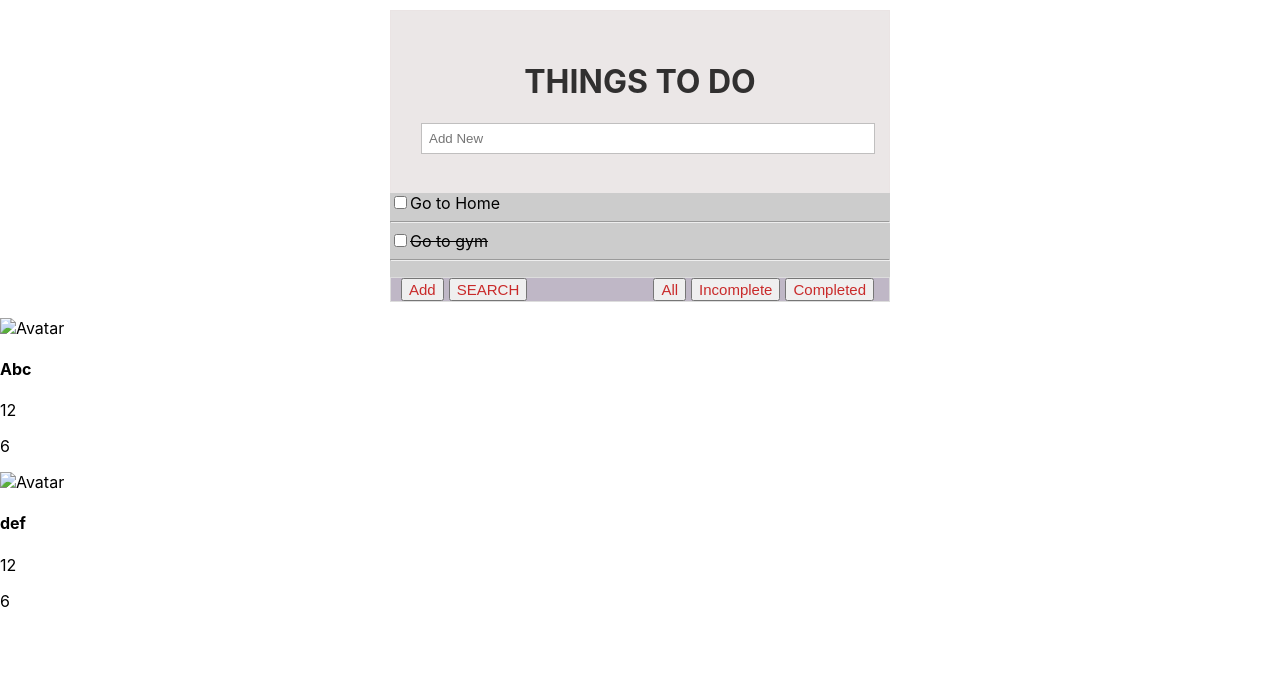
Repository: kirangautam45/To-Do-Application
Page: /
These files come from the project's save history. The page is drawn as it stood at one moment and after the next save; the edit follows.
The browser window is 1280 px wide. The pictures show the whole page.
The project was rebuilt for these pictures with package versions that can differ from the ones it lists, and the page was loaded fresh each time.

Above is the page before, as saved 2022-08-11 16:53:46.

After the next save:
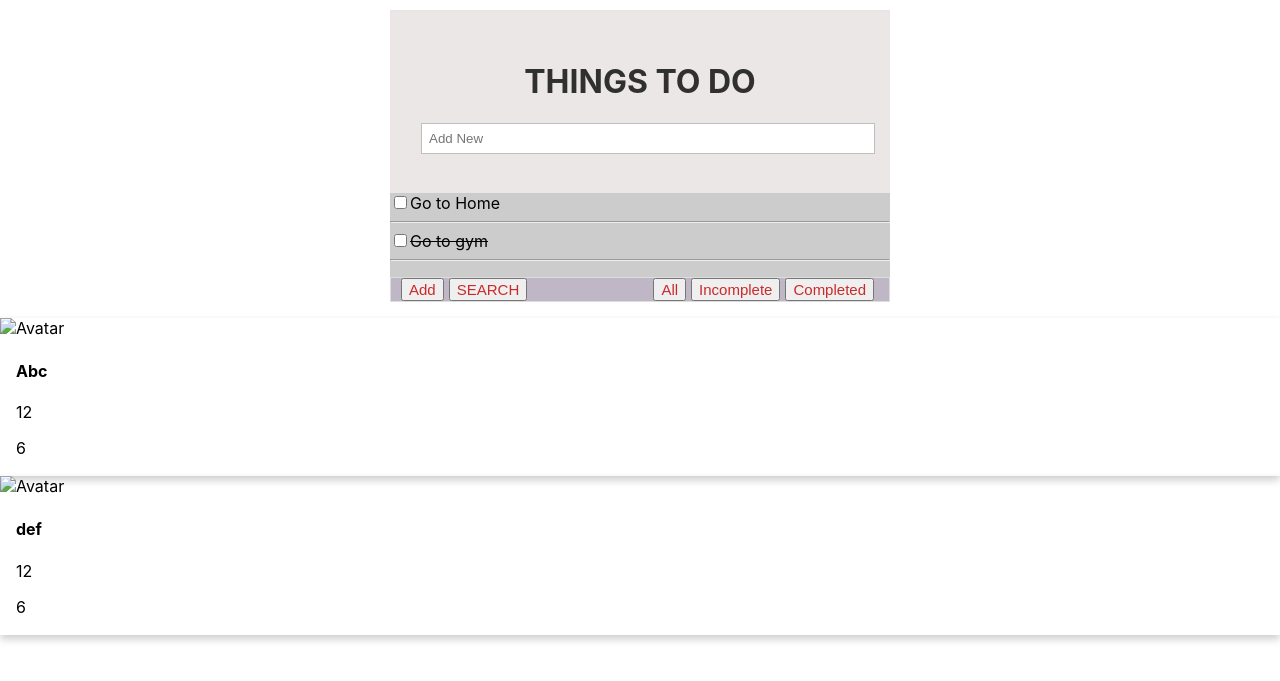
Saved 52 s later.
--- a/src/App.css
+++ b/src/App.css
@@ -69,3 +69,18 @@ flex-direction: row;
     text-decoration-color: currentcolor;
     text-decoration-thickness: auto;
 }
+.card {
+  /* Add shadows to create the "card" effect */
+  box-shadow: 0 4px 8px 0 rgba(0,0,0,0.2);
+  transition: 0.3s;
+}
+
+/* On mouse-over, add a deeper shadow */
+.card:hover {
+  box-shadow: 0 8px 16px 0 rgba(0,0,0,0.2);
+}
+
+/* Add some padding inside the card container */
+.container {
+  padding: 2px 16px;
+}
